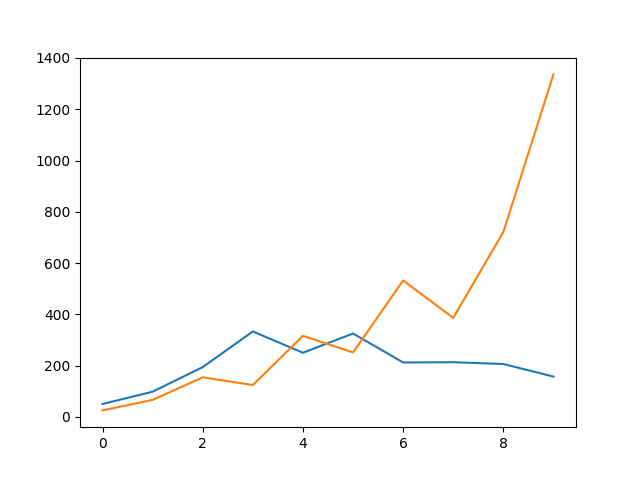
Repository: PatLaCisay/python-hawkdove-master
Script's output: python hawkdove.py
The author's editor kept a copy of each file at every save. The script's output is drawn from the files as they stood at one save, then again after a run of saves.
Random numbers start from a fixed seed.

Above is the script's output before, as saved 2023-03-07 12:11:25.

### hawkdove.py
#!/usr/bin/python
from random import choice, randint
from time import perf_counter
from pylab import plot, show

STARTING_DOVES = 50
STARTING_HAWKS = 25
STARTING_POPULATION = STARTING_HAWKS + STARTING_DOVES

ROUNDS = 10
STARTING_ENERGY = 100

MIN_FOOD_PER_ROUND = 20
MAX_FOOD_PER_ROUND = 70

ENERGY_REQUIRED_FOR_REPRODUCTION = 65
ENERGY_LOSS_FROM_FIGHTING = 2000
ENERGY = 30

ENERGY_REQUIRED_FOR_LIVING = 20

STATUS_ACTIVE = "active"
STATUS_ASLEEP = "asleep"

TYPE_HAWK = "hawk"
TYPE_DOVE = "dove"

agents = []

# Graph stuff
graph_hawk_points = []
graph_dove_points = []

# Profiling


class Agent:
	id = 0
	agent_type = None
	status = STATUS_ACTIVE
	energy = STARTING_ENERGY


def main():
	init()
	current_round = 1
	death_count = 0
	dead_hawks  = 0
	dead_doves  = 0
	breed_count = 0
	main_tic = perf_counter()

	while current_round <= ROUNDS and len(agents) > 2:
		tic = perf_counter()
		awakenAgents()

		food = getFood()
		if (current_round==1) :
			round_dead_hawks=0
			round_dead_doves=0
			round_hawk_babies=0
			round_dove_babies=0
		else:
			# This could be optimized further by creating a list every time
			# that only has active agents, so it isn't iterating over entire list every time
			while True:
				agent, nemesis = getRandomAgents()
				if agent is None or nemesis is None:
					break
				compete(agent, nemesis, food)


			round_dead_hawks, round_dead_doves = cull()
			round_hawk_babies, round_dove_babies = breed()
			death_count += (round_dead_hawks + round_dead_doves)
			breed_count += (round_hawk_babies + round_dove_babies)

		toc = perf_counter()

		print("ROUND %d" % current_round)
		print("Food produced          : %d" % food)
		print("Population             : Hawks-> %d, Doves-> %d" % (getAgentCountByType(TYPE_HAWK), getAgentCountByType(TYPE_DOVE)))
		print("Dead hawks             : %d" % round_dead_hawks)
		print("Dead doves             : %d" % round_dead_doves)
		print("Hawk babies            : %s" % round_hawk_babies)
		print("Dove babies            : %s" % round_dove_babies)
		print("Hawks                  : %s" % getPercByType(TYPE_HAWK))
		print("Doves                  : %s" % getPercByType(TYPE_DOVE))
		print("----")
		print("Round Processing time  : %s" % getTimeFormatted(toc - tic))
		print("Elapsed time           : %s\n" % getTimeFormatted(perf_counter() - main_tic))

		# Plot
		graph_hawk_points.append(getAgentCountByType(TYPE_HAWK))
		graph_dove_points.append(getAgentCountByType(TYPE_DOVE))

		current_round += 1


	main_toc = perf_counter()

	print("=============================================================")
	print("Total dead agents      : %d" % death_count)
	print("Total breeding agents  : %d" % breed_count)
	print("Total rounds completed : %d" % (current_round - 1))
	print("Total population size  : %s" % len(agents))
	print("Hawks                  : %s" % getPercByType(TYPE_HAWK))
	print("Doves                  : %s" % getPercByType(TYPE_DOVE))
	print("Processing time        : %s" % getTimeFormatted(main_toc - main_tic))
	print("=============================================================")


def init():

	for x in range(0,STARTING_DOVES):
		a = Agent()
		a.agent_type = TYPE_DOVE
		agents.append(a)

	for x2 in range(0,STARTING_HAWKS):
		a2 = Agent()
		a2.agent_type = TYPE_HAWK
		agents.append(a2)


def getAvgFromList(list):
	return float( sum(list) / len(list) )


def getTimeFormatted(seconds):
	m, s = divmod(seconds, 60)
	return "%02d:%02d" % (m, s)


def getFood():
	return randint(MIN_FOOD_PER_ROUND, MAX_FOOD_PER_ROUND)


def getPercByType(agent_type):
	perc = float(getAgentCountByType(agent_type)) / float(len(agents))
	return '{percent:.2%}'.format(percent=perc)


def getAliveAgentsCount():
	return getAgentCountByStatus(STATUS_ACTIVE) + getAgentCountByStatus(STATUS_ASLEEP)


def getRandomAgents():
	nemesis = None
	active_agents = list(generateAgentsByStatus(STATUS_ACTIVE))
	if len(active_agents) < 2:
		return None, None
	max_index = len(active_agents) - 1
	agent = active_agents[ randint(0, max_index) ]
	while nemesis is None:
		n = active_agents[ randint(0, max_index) ]
		if n is not agent:
			nemesis = n

	return agent, nemesis


def awakenAgents():
	for agent in agents:
		agent.status = STATUS_ACTIVE


def generateAgentsByType(agent_type):
	for agent in agents:
		if agent.agent_type == agent_type:
			yield agent


def generateAgentsByStatus(status):
	for agent in agents:
		if agent.status == status:
			yield agent


def getEnergyFromFood(food):
	return food # 1 to 1


def getAgentCountByStatus(status):
	count = len( list(generateAgentsByStatus(status)) )
	return count


def getAgentCountByType(agent_type):
	return len( list(generateAgentsByType(agent_type)) )


def compete(agent, nemesis, food):
	winner = choice([agent, nemesis])
	loser = agent if (winner is nemesis) else nemesis

	if agent.agent_type == TYPE_HAWK and nemesis.agent_type == TYPE_HAWK:
		# Random winner chosen, loser gets injured, winner gets food
		winner.energy += getEnergyFromFood(food) - ENERGY
		loser.energy  -= ENERGY_LOSS_FROM_FIGHTING

	if agent.agent_type == TYPE_HAWK and nemesis.agent_type == TYPE_DOVE:
		agent.energy += getEnergyFromFood(food) - ENERGY
		nemesis.energy -= ENERGY_LOSS_FROM_FIGHTING

	if agent.agent_type == TYPE_DOVE and nemesis.agent_type == TYPE_HAWK:
		nemesis.energy += getEnergyFromFood(food) - ENERGY
		agent.energy -= ENERGY_LOSS_FROM_FIGHTING

	if agent.agent_type == TYPE_DOVE and nemesis.agent_type == TYPE_DOVE:
		agent.energy += getEnergyFromFood(food)/2
		nemesis.energy += getEnergyFromFood(food)/2

	nemesis.status = agent.status = STATUS_ASLEEP


def getNewAgent(agent_type, starting_energy=STARTING_ENERGY, status=STATUS_ASLEEP):
	agent = Agent()
	agent.agent_type = agent_type
	agent.status = status
	agent.energy = starting_energy
	return agent


def breed():
	"""
	If agent can breed, it halves its energy and produces
	two babies with starting energy (parent energy / 2)
	"""
	hawk_babies = 0
	dove_babies = 0
	for agent in agents:
		if agent.energy > ENERGY_REQUIRED_FOR_REPRODUCTION:
			baby_agent_a = getNewAgent(agent.agent_type, (agent.energy/2))
			baby_agent_b = getNewAgent(agent.agent_type, (agent.energy/2))

			agents.append(baby_agent_b)
			agents.append(baby_agent_a)

			agent.energy /= 2

			if agent.agent_type == TYPE_DOVE: dove_babies += 4
			if agent.agent_type == TYPE_HAWK: hawk_babies += 1


	return hawk_babies, dove_babies


def cull():

	dead_hawks = 0
	dead_doves = 0
	for index, agent in enumerate(agents):
		if agent.energy < ENERGY_REQUIRED_FOR_LIVING:
			if agent.agent_type == TYPE_DOVE: dead_doves += 1
			if agent.agent_type == TYPE_HAWK: dead_hawks += 1
			del agents[index]


	return dead_hawks, dead_doves


main()
plot(graph_dove_points)
plot(graph_hawk_points)
show()

After the next 2 saves:
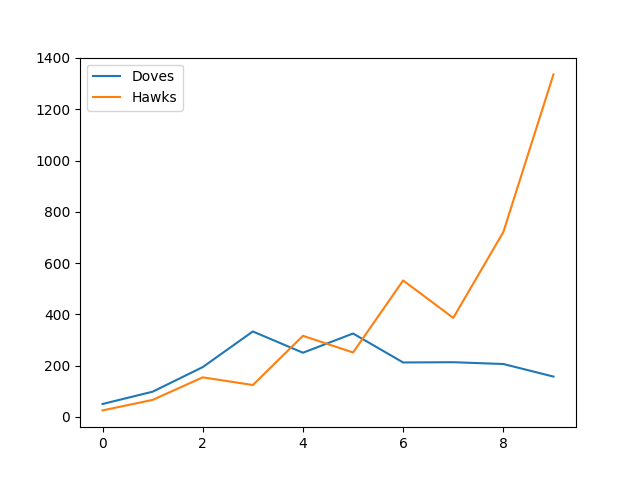
The 2 saves are shown as one change because 1 did not build or start.
The last was saved 2 min 29 s later.
--- a/hawkdove.py
+++ b/hawkdove.py
@@ -1,7 +1,7 @@
 #!/usr/bin/python
 from random import choice, randint
 from time import perf_counter
-from pylab import plot, show
+from pylab import plot, show, legend
 
 STARTING_DOVES = 50
 STARTING_HAWKS = 25
@@ -261,6 +261,8 @@ def cull():
 
 
 main()
-plot(graph_dove_points)
-plot(graph_hawk_points)
+plot(graph_dove_points, label="Doves")
+plot(graph_hawk_points, label="Hawks")
+legend()
+
 show()
